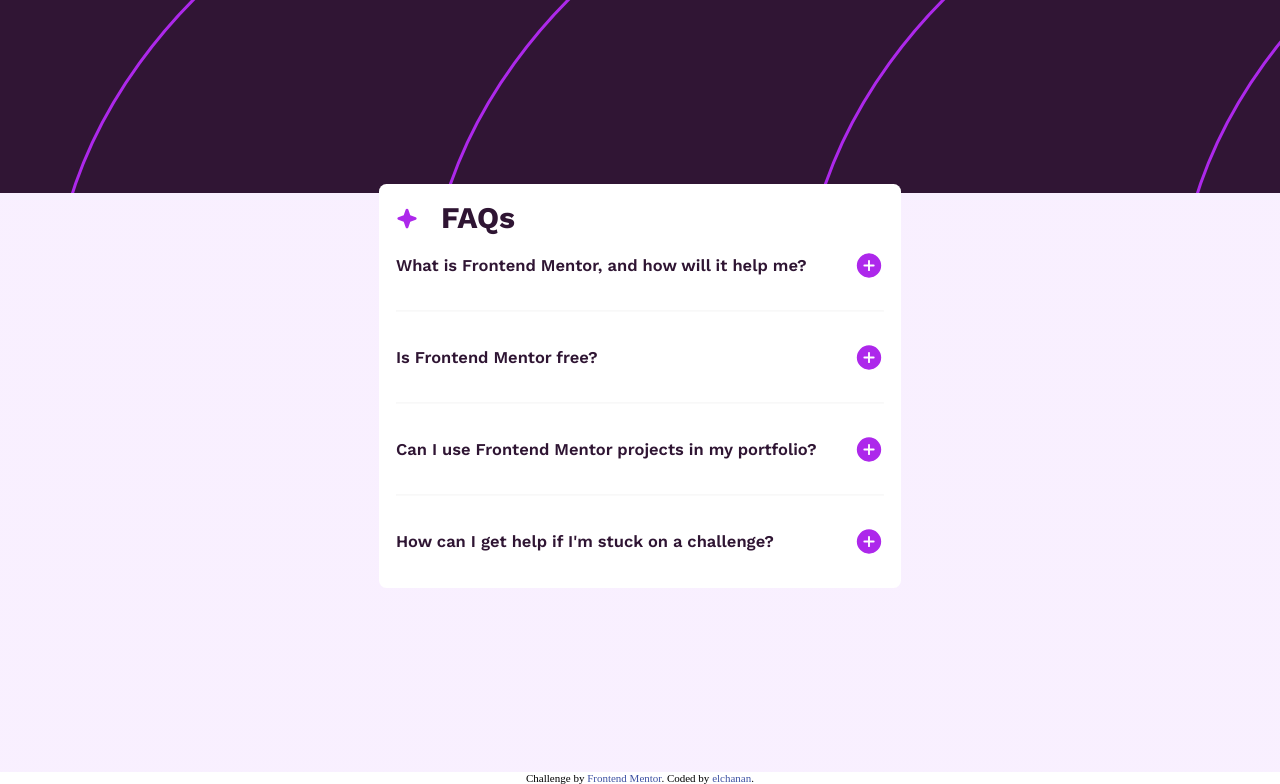
Repository: elchananChen/frontend-mentor-projects
Page: 2024/10/faQs/index.html
The author's editor kept a copy of each file at every save. The page is drawn from the files as they stood at one save, then again after the next save.
The browser window is 1280 px wide. The pictures show the whole page.

Above is the page before, as saved 2024-10-15 23:35:42.

### 2024/10/faQs/index.html
<!DOCTYPE html>
<html lang="en">
  <head>
    <meta charset="UTF-8" />
    <meta name="viewport" content="width=device-width, initial-scale=1.0" />

    <link
      rel="icon"
      type="image/png"
      sizes="32x32"
      href="./assets/images/favicon-32x32.png"
    />

    <title>Frontend Mentor | FAQ accordion</title>

    <style>
      .attribution {
        font-size: 11px;
        text-align: center;
      }
      .attribution a {
        color: hsl(228, 45%, 44%);
      }
    </style>
    <link rel="stylesheet" href="./style.css" />
  </head>
  <body>
    <article>
      <div class="card">
        <header>
          <div class="header flex">
            <div class="star-wrapper">
              <img
                class="star-icon"
                src="./assets/images/icon-star.svg"
                alt="icon-star"
              />
            </div>
            <h1>FAQs</h1>
          </div>
        </header>
        <main>
          <div class="q-wrapper">
            <div class="flex q-head">
              <h3>What is Frontend Mentor, and how will it help me?</h3>
              <div class="sign-big-wrapper">
                <div class="sign-wrapper">
                  <img
                    class="sign-img"
                    src="./assets/images/icon-plus.svg"
                    alt="plus-sign"
                  />
                </div>
              </div>
            </div>
            <p class="p hidden">
              Frontend Mentor offers realistic coding challenges to help
              developers improve their frontend coding skills with projects in
              HTML, CSS, and JavaScript. It's suitable for all levels and ideal
              for portfolio building.
            </p>
          </div>
          <hr />
          <div class="q-wrapper">
            <div class="flex q-head">
              <h3>Is Frontend Mentor free?</h3>
              <div class="sign-big-wrapper">
                <div class="sign-wrapper">
                  <img
                    class="sign-img"
                    src="./assets/images/icon-plus.svg"
                    alt="plus-sign"
                  />
                </div>
              </div>
            </div>
            <p class="p hidden">
              Yes, Frontend Mentor offers both free and premium coding
              challenges, with the free option providing access to a range of
              projects suitable for all skill levels.
            </p>
          </div>
          <hr />
          <div class="q-wrapper">
            <div class="flex q-head">
              <h3>Can I use Frontend Mentor projects in my portfolio?</h3>
              <div class="sign-big-wrapper">
                <div class="sign-wrapper">
                  <img
                    class="sign-img"
                    src="./assets/images/icon-plus.svg"
                    alt="plus-sign"
                  />
                </div>
              </div>
            </div>
            <p class="p hidden">
              Yes, you can use projects completed on Frontend Mentor in your
              portfolio. It's an excellent way to showcase your skills to
              potential employers!
            </p>
          </div>
          <hr />
          <div class="q-wrapper">
            <div class="flex q-head">
              <h3>How can I get help if I'm stuck on a challenge?</h3>
              <div class="sign-big-wrapper">
                <div class="sign-wrapper">
                  <img
                    class="sign-img"
                    src="./assets/images/icon-plus.svg"
                    alt="plus-sign"
                  />
                </div>
              </div>
            </div>
            <p class="hidden">
              The best place to get help is inside Frontend Mentor's Discord
              community. There's a help channel where you can ask questions and
              seek support from other community members.
            </p>
          </div>
        </main>
      </div>
    </article>
    <div class="attribution">
      Challenge by
      <a href="https://www.frontendmentor.io?ref=challenge" target="_blank"
        >Frontend Mentor</a
      >. Coded by <a href="#">elchanan</a>.
    </div>
    <script src="main.js"></script>
  </body>
</html>

### 2024/10/faQs/style.css
@import url("./css/reset.css");
@import url("./css/varieble.css");
@import url("./css/fonts.css");
@import url("./css/utilities.css");

h1 {
  font-family: "work-sans";
  font-weight: 700;
  font-size: 2rem;
}
h3 {
  font-family: "work-sans";
  font-weight: 600;
}
p {
  padding-block: 1rem;
  font-family: "work-sans";
  color: var(--color-Grayish-purple);
}
article {
  display: flex;
  justify-content: center;
  min-height: 100vh;
  width: 100%;
  padding: 1rem;
  padding-block: 12.25rem;
  background: linear-gradient(180deg, transparent 25%, hsl(275, 100%, 97%) 25%),
    url("./assets/images/background-pattern-mobile.svg");
}

.card {
  background-color: var(--color-White);
  padding: 1.1rem;
  border-radius: 0.5rem;
}
header {
  font-family: "";
  font-weight: bolder;
}
h1 {
  color: var(--color-Dark-purple);
}
h3 {
  font-size: 1.1rem;
  color: var(--color-Dark-purple);
}
.header {
  align-items: center;
  gap: 1.5rem;
}
.star-wrapper {
  width: 1.5rem;
  height: 1.5rem;
}
.q-head {
  gap: 1.5rem;
  padding-block: 0.5rem;
  align-items: center;
  justify-content: space-between;
}
.sign-wrapper {
  display: flex;
  align-items: center;
  justify-content: end;
  width: 3rem;
  height: 3rem;
  flex-basis: 2rem;
  flex-shrink: 0;
}
.sign-wrapper:hover {
  cursor: pointer;
}
.sign-img {
  flex-basis: 2rem;
  width: 2rem;
  height: 2rem;
  object-fit: cover;
}
hr {
  border-color: rgba(0, 0, 0, 0.023);
  margin-block: 1rem;
}

### 2024/10/faQs/main.js
const minusSignsEL = document.querySelectorAll(".minus-container");
const signBtnsEl = document.querySelectorAll(".sign-big-wrapper");

signBtnsEl.forEach((sign) => {
  sign.addEventListener("click", (ev) => {
    let current = "";
    const alt = ev.target.alt;
    const wrapperEL = ev.target.closest(".q-wrapper");
    const pEL = wrapperEL.querySelector("p");
    if (alt === "plus-sign") {
      current = "minus";
      ev.target.alt = "minus-sign";
      pEL.classList.remove("hidden");
    } else if (alt === "minus-sign") {
      current = "plus";
      ev.target.alt = "plus-sign";
      pEL.classList.add("hidden");
    } else console.error("Error: sign path missing");
    ev.target.src = `./assets/images/icon-${current}.svg`;
  });
});

### 2024/10/faQs/css/reset.css
* {
  box-sizing: border-box;
  margin: 0;
  padding: 0;
}
html {
  font-family: "overpass-Regular";
}
html,
body {
  min-height: 100vh;
  width: 100%;
  font-size: 15px;
}

img {
  font-family: "work-sans-italic";

  display: block;
  max-width: 100%;
}
h1,
h2,
h3,
h4,
h5,
h6 {
  font-size: 1rem;
  font-weight: normal;
}
button {
  border: 0px;
}

ul,
ol {
  padding-left: 0.5rem;
}
a {
  text-decoration: none;
  color: inherit;
}

### 2024/10/faQs/css/varieble.css
:root {
  --color-White: hsl(0, 0%, 100%);
  --color-Light-pink: hsl(275, 100%, 97%);
  --color-Grayish-purple: hsl(292, 16%, 49%);
  --color-Dark-purple: hsl(292, 42%, 14%);
}

### 2024/10/faQs/css/fonts.css
@font-face {
  font-family: "work-sans-italic";
  src: url("../assets/fonts/WorkSans-Italic-VariableFont_wght.ttf");
}
@font-face {
  font-family: "work-sans";
  src: url("../assets/fonts/WorkSans-VariableFont_wght.ttf");
}

### 2024/10/faQs/css/utilities.css
.flex {
  display: flex;
}
.hidden {
  display: none;
}

After the next save:
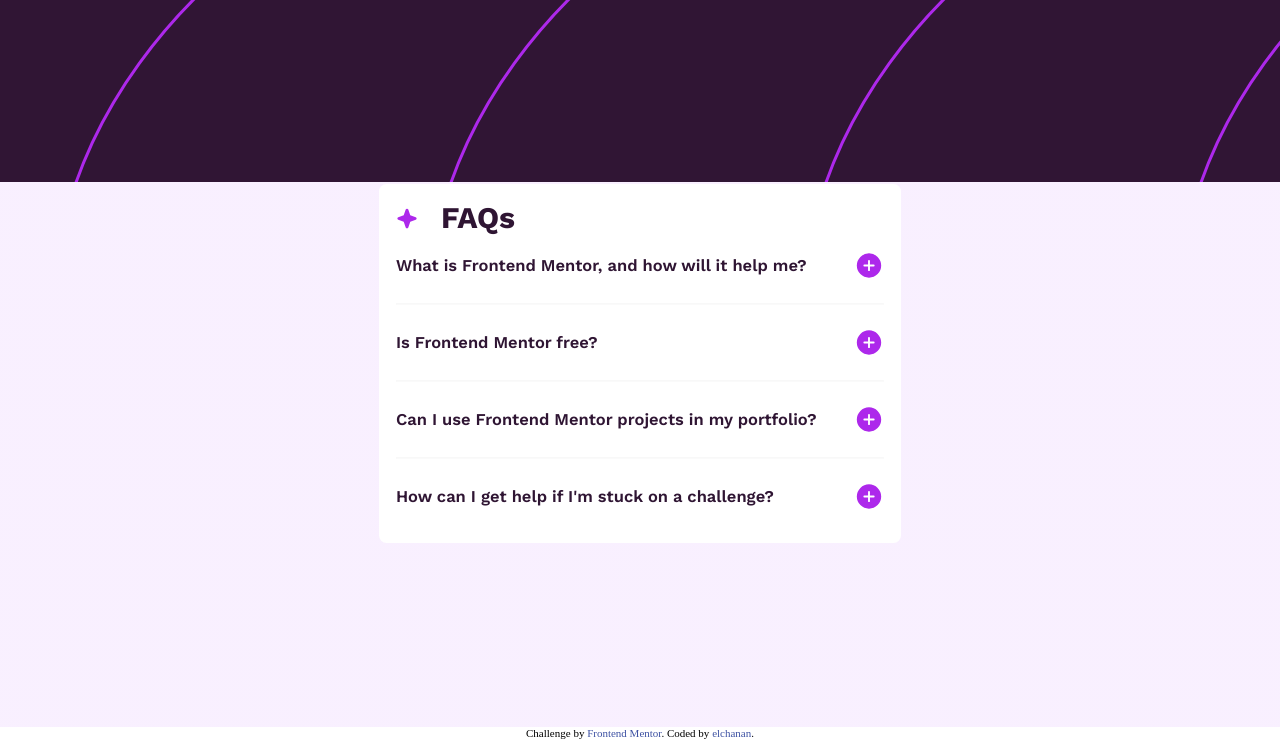
Saved 11 s later.
--- a/2024/10/faQs/style.css
+++ b/2024/10/faQs/style.css
@@ -78,5 +78,5 @@
 }
 hr {
   border-color: rgba(0, 0, 0, 0.023);
-  margin-block: 1rem;
+  margin-block: 0.5rem;
 }
